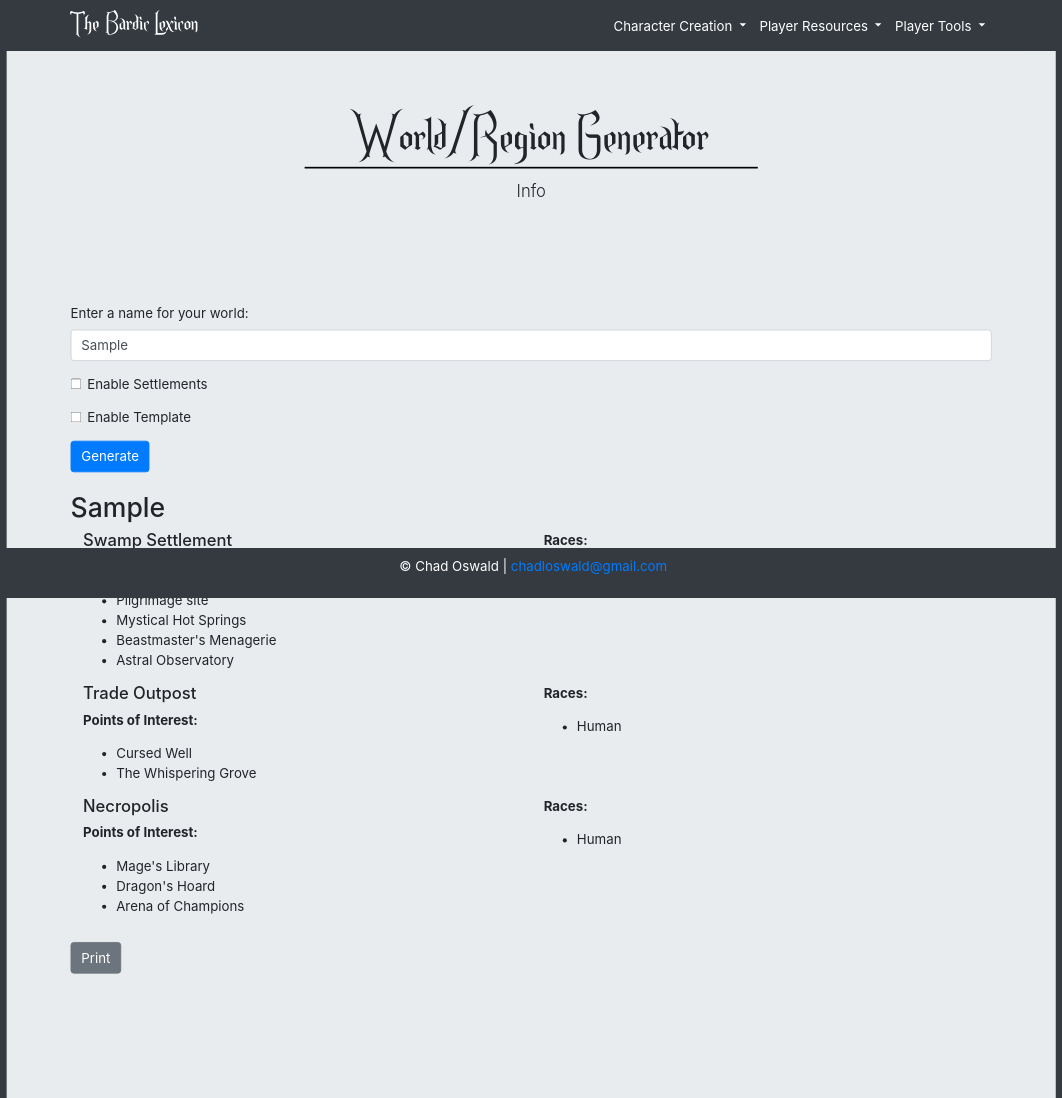
Repository: ChaidGPT/TheBardicLexicon
Page: playerTools/worldGenerator.html
These files come from the project's save history. The page is drawn as it stood at one moment and after the next save; the edit follows.
The browser window is 1280 px wide. The pictures show the whole page, at 83% of full size.
Empty fields were first filled with sample values (such as "Sample", 5 or name@example.com).
After loading, the first visible `#worldForm` was submitted once.

Above is the page before, as saved 2024-02-05 14:26:42.

### playerTools/worldGenerator.html
<!DOCTYPE html>
<html lang="en">

<head>
  <meta charset="utf-8" />
  <meta name="viewport" content="width=device-width, initial-scale=1" />
  <title>World Generator</title>
  <link rel="stylesheet" href="https://cdn.jsdelivr.net/npm/bootstrap@4.3.1/dist/css/bootstrap.min.css"
    integrity="sha384-ggOyR0iXCbMQv3Xipma34MD+dH/1fQ784/j6cY/iJTQUOhcWr7x9JvoRxT2MZw1T" crossorigin="anonymous" />
  <link rel="stylesheet" href="../style.css" />
</head>

<body>
  <header class="header-top">
    <nav class="navbar navbar-expand-lg fixed-top">
      <div class="container">
        <a class="navbar-brand navMonsterName" href="../index.html">The Bardic Lexicon</a>
        <button class="navbar-toggler navbar-dark" type="button" data-toggle="collapse" data-target="#navbarNavDropdown"
          aria-controls="navbarNavDropdown" aria-expanded="false" aria-label="Toggle navigation">
          <span class="navbar-toggler-icon"></span>
        </button>
        <div class="collapse navbar-collapse" id="navbarNavDropdown">
          <ul class="navbar-nav ml-auto nav justify-content-end">
            <li class="nav-item dropdown">
              <a class="nav-link dropdown-toggle" href="#" id="navbarCharacter" role="button" data-toggle="dropdown"
                aria-haspopup="true" aria-expanded="false">
                Character Creation
              </a>
              <div class="dropdown-menu" aria-labelledby="navbarCharacter">
                <a class="dropdown-item" href="../playerResources/races.html">Races</a>
                <a class="dropdown-item" href="../playerResources/classes.html">Classes</a>
                <a class="dropdown-item" href="../playerResources/personality.html">Personality & Inspiration</a>
                <a class="dropdown-item" href="../playerResources/background.html">Character Backgrounds</a>
              </div>
            </li>
            <li class="nav-item dropdown">
              <a class="nav-link dropdown-toggle" href="#" id="navbarResources" role="button" data-toggle="dropdown"
                aria-haspopup="true" aria-expanded="false">
                Player Resources
              </a>
              <div class="dropdown-menu" aria-labelledby="navbarResources">
                <h6 class="dropdown-header">Items</h6>
                <a class="dropdown-item" href="../playerResources/gear.html">Adventuring Gear</a>
                <a class="dropdown-item" href="../playerResources/equipment.html">Equipment</a>
                <div class="dropdown-divider"></div>
                <h6 class="dropdown-header">Magic</h6>
                <a class="dropdown-item" href="../playerResources/spells.html">Spells</a>
                <div class="dropdown-divider"></div>
                <h6 class="dropdown-header">Inhabitants of the Realms</h6>
                <a class="dropdown-item" href="../playerResources/bestiary.html">Bestiary</a>
                <a class="dropdown-item" href="../playerResources/gods.html">Gods & Deities</a>
              </div>
            </li>
            <li class="nav-item dropdown">
              <a class="nav-link dropdown-toggle" href="#" id="navbarDropdown" role="button" data-toggle="dropdown"
                aria-haspopup="true" aria-expanded="false">
                Player Tools
              </a>
              <div class="dropdown-menu" aria-labelledby="navbarDropdown">
                <a class="dropdown-item" href="../playerTools/charSheet.html">Character Sheet</a>
                <a class="dropdown-item" href="../playerTools/dice.html">Dice Roll Generator</a>
                <div class="dropdown-divider"></div>
                <a class="dropdown-item" href="#">More</a>
              </div>
            </li>
          </ul>
        </div>
      </div>
    </nav>
  </header>

  <div class="container" id="monsterPage">
    <div class="container-fluid px-4 py-5 my-5 text-center">
      <h1 class="display-5 fw-bold contentsPageName">
        World/Region Generator
      </h1>
      <div>
        <div class="horizontal-line"></div>
        <p class="lead mb-4">Info</p>
      </div>
    </div>

    <div class="container mt-5 text-left">

      <!-- Start World Generator Form -->

      <form id="worldForm" class="mb-4">

        <!-- Start World Name Field -->
        <div class="form-group">
          <label for="worldName">Enter a name for your world:</label>
          <input type="text" class="form-control" id="worldName" autocomplete="off" required />
        </div>
        <!-- End World Name Field -->


        <!-- Start Settlement Options -->
        <div class="form-group">
          <div class="form-check">
            <input class="form-check-input" type="checkbox" id="enableSettlements" data-toggle="collapse"
              data-target="#settlementOptions" />
            <label class="form-check-label" for="enableSettlements">Enable Settlements</label>
          </div>

          <!-- Add the 'collapse' class to the following div -->
          <div id="settlementOptions" class="collapse">

            <!-- Wrap both settlement options in a common container -->
            <div class="settlement-options-container">

              <!-- Number of Settlements -->
              <div>
                <label for="settlements">Number of Settlements:</label>
                <select class="form-control" id="settlements" disabled>
                  <option value="random">Random</option>
                  <option value="1">1</option>
                  <option value="2">2</option>
                  <option value="3">3</option>
                  <option value="4">4</option>
                  <option value="5">5</option>
                  <!-- Add more options as needed -->
                </select>
              </div>

              <!-- Number of Settlement Points of Interest -->
              <div>
                <label for="settlementPOI">Number of Settlement Points of Interest:</label>
                <select class="form-control" id="settlementPOI" disabled>
                  <option value="random">Random</option>
                  <option value="0">0</option>
                  <option value="1">1</option>
                  <option value="2">2</option>
                  <option value="3">3</option>
                  <option value="4">4</option>
                  <option value="5">5</option>
                  <!-- Add more options as needed -->
                </select>
              </div>

              <div>
                <label for="races">Number of Races</label>
                <select class="form-control" id="races" disabled>
                  <option value="random">Random</option>
                  <option value="0">Uninhabited</option>
                  <option value="1">1</option>
                  <option value="2">2</option>
                  <option value="3">3</option>
                  <option value="4">4</option>
                  <option value="5">5</option>
                </select>
              </div>

            </div>
          </div>

        </div>
        <!-- End Settlement Options -->




        <!-- Start Template Options -->
        <div class="form-group">
          <div class="form-check">
            <input class="form-check-input" type="checkbox" id="enableTemplate" data-toggle="collapse"
              data-target="#templateOptions" />
            <label class="form-check-label" for="enableTemplate">Enable Template</label>
          </div>

          <div id="templateOptions" class="collapse">

            <div class="template-options-container">

              <label for="template">Number of Templates:</label>
              <select class="form-control" id="template" disabled>
                <option value="0">0</option>
                <option value="1">1</option>
                <option value="2">2</option>
                <option value="3">3</option>
                <option value="4">4</option>
                <option value="5">5</option>
                <!-- Add more options as needed -->
              </select>
            </div>

            <!-- Number of Points of Interest -->
            <div class="form-group">
              <label for="templatePOI">Number of Template Points of Interest:</label>
              <select class="form-control" id="templatePOI" disabled>
                <option value="0">0</option>
                <option value="1">1</option>
                <option value="2">2</option>
                <option value="3">3</option>
                <option value="4">4</option>
                <option value="5">5</option>
                <!-- Add more options as needed -->
              </select>
            </div>

          </div>
        </div>
        <!-- End Template Options -->

        <!-- Submit Button -->
        <button type="submit" class="btn btn-primary">Generate</button>
      </form>

      <!-- End World Generator Form -->

      <div id="generatedContent"></div>

      <div class="text-center mt-3">
        <button type="button" class="btn btn-secondary" id="printButton">
          Print
        </button>
      </div>
    </div>
  </div>

  <footer class="page-footer font-small blue fixed-bottom">
    <p>
      &copy; Chad Oswald |
      <a href="mailto:chadloswald@gmail.com">chadloswald@gmail.com</a>
    </p>
  </footer>

  <script src="https://code.jquery.com/jquery-3.3.1.slim.min.js"
    integrity="sha384-q8i/X+965DzO0rT7abK41JStQIAqVgRVzpbzo5smXKp4YfRvH+8abtTE1Pi6jizo"
    crossorigin="anonymous"></script>
  <script src="https://cdn.jsdelivr.net/npm/popper.js@1.14.7/dist/umd/popper.min.js"
    integrity="sha384-UO2eT0CpHqdSJQ6hJty5KVphtPhzWj9WO1clHTMGa3JDZwrnQq4sF86dIHNDz0W1"
    crossorigin="anonymous"></script>
  <script src="https://cdn.jsdelivr.net/npm/bootstrap@4.3.1/dist/js/bootstrap.min.js"
    integrity="sha384-JjSmVgyd0p3pXB1rRibZUAYoIIy6OrQ6VrjIEaFf/nJGzIxFDsf4x0xIM+B07jRM"
    crossorigin="anonymous"></script>
  <script src="worldGenerator.js"></script>
</body>

</html>

### playerTools/worldGenerator.js
document.addEventListener("DOMContentLoaded", function () {
  const worldForm = document.getElementById("worldForm");
  const generatedContent = document.getElementById("generatedContent");

  // Settlement Section Checkbox Functionality
  const enableSettlementsCheckbox = document.getElementById("enableSettlements");
  const settlementsSelect = document.getElementById("settlements");
  const settlementPOISelect = document.getElementById("settlementPOI");

  // Races Section Functionality
  const racesSelect = document.getElementById("races");

  enableSettlementsCheckbox.addEventListener("change", function () {
    settlementsSelect.disabled = !this.checked;
    settlementPOISelect.disabled = !this.checked;
    racesSelect.disabled = !this.checked;
  });

  // World Generator Arrays

  //   Start Settlement Arrays

  const settlements = [
    {
      name: "Small Town",
      link: "https://example.com/small_town",
    },
    {
      name: "River Town",
      link: "https://example.com/river_town",
    },
    {
      name: "Harbor Town",
      link: "https://example.com/harbor_town",
    },
    {
      name: "Trade Outpost",
      link: "https://example.com/trade_outpost",
    },
    {
      name: "Mining Town",
      link: "https://example.com/mining_town",
    },
    {
      name: "Fishing Village",
      link: "https://example.com/fishing_village",
    },
    {
      name: "Forest Encampment",
      link: "https://example.com/forest_encampment",
    },
    {
      name: "Mage's Enclave",
      link: "https://example.com/mages_enclave",
    },
    {
      name: "Monastery",
      link: "https://example.com/monastery",
    },
    {
      name: "Nomadic Camp",
      link: "https://example.com/nomadic_camp",
    },
    {
      name: "Dwarven Stronghold",
      link: "https://example.com/dwarven_stronghold",
    },
    {
      name: "Elven Treetop Village",
      link: "https://example.com/elven_treetop_village",
    },
    {
      name: "Goblin Market",
      link: "https://example.com/goblin_market",
    },
    {
      name: "Swamp Settlement",
      link: "https://example.com/swamp_settlement",
    },
    {
      name: "Orcish Encampment",
      link: "https://example.com/orcish_encampment",
    },
    {
      name: "Magical Academy",
      link: "https://example.com/magical_academy",
    },
    {
      name: "Haunted Hamlet",
      link: "https://example.com/haunted_hamlet",
    },
    {
      name: "Underground City",
      link: "https://example.com/underground_city",
    },
    {
      name: "Coastal Citadel",
      link: "https://example.com/coastal_citadel",
    },
    {
      name: "Beastman Tribe Camp",
      link: "https://example.com/beastman_tribe_camp",
    },
    {
      name: "Celestial Outpost",
      link: "https://example.com/celestial_outpost",
    },
    {
      name: "Arcane Refuge",
      link: "https://example.com/arcane_refuge",
    },
    {
      name: "Desert Oasis",
      link: "https://example.com/desert_oasis",
    },
    {
      name: "Royal Capital",
      link: "https://example.com/royal_capital",
    },
    {
      name: "Mageocracy",
      link: "https://example.com/mageocracy",
    },
    {
      name: "Merchant Metropolis",
      link: "https://example.com/merchant_metropolis",
    },
    {
      name: "Demonic Citadel",
      link: "https://example.com/demonic_citadel",
    },
    {
      name: "Dragon's Roost",
      link: "https://example.com/dragons_roost",
    },
    {
      name: "Floating City",
      link: "https://example.com/floating_city",
    },
    {
      name: "Necropolis",
      link: "https://example.com/necropolis",
    },
    {
      name: "Archipelago Metropolis",
      link: "https://example.com/archipelago_metropolis",
    },
    {
      name: "Giantkin Citadel",
      link: "https://example.com/giantkin_citadel",
    },
    {
      name: "Subterranean Metropolis",
      link: "https://example.com/subterranean_metropolis",
    },
    {
      name: "Celestial City",
      link: "https://example.com/celestial_city",
    },
    {
      name: "City of the Dead",
      link: "https://example.com/city_of_the_dead",
    },
    {
      name: "Empyreal Bastion",
      link: "https://example.com/empyreal_bastion",
    },
    {
      name: "Floating Gardens",
      link: "https://example.com/floating_gardens",
    },
    {
      name: "Elemental Conflux",
      link: "https://example.com/elemental_conflux",
    },
  ];

  const settlementPOI = [
    {
      name: "Pilgrimage site",
      link: "https://example.com/pilgrimage_site",
    },
    {
      name: "Temple to the Gods",
      link: "https://example.com/temple_to_the_gods",
    },
    {
      name: "Large sewer system",
      link: "https://example.com/large_sewer_system",
    },
    {
      name: "Mysterious Standing Stones",
      link: "https://example.com/mysterious_standing_stones",
    },
    {
      name: "Enchanted Garden",
      link: "https://example.com/enchanted_garden",
    },
    {
      name: "Arena of Champions",
      link: "https://example.com/arena_of_champions",
    },
    {
      name: "Mage's Library",
      link: "https://example.com/mages_library",
    },
    {
      name: "Haunted Manor",
      link: "https://example.com/haunted_manor",
    },
    {
      name: "Thieves' Guild Hideout",
      link: "https://example.com/thieves_guild_hideout",
    },
    {
      name: "Ancient Ruins",
      link: "https://example.com/ancient_ruins",
    },
    {
      name: "Goblin Market",
      link: "https://example.com/goblin_market",
    },
    {
      name: "Cursed Well",
      link: "https://example.com/cursed_well",
    },
    {
      name: "Wizard's Tower",
      link: "https://example.com/wizards_tower",
    },
    {
      name: "Beastmaster's Menagerie",
      link: "https://example.com/beastmasters_menagerie",
    },
    {
      name: "Enigmatic Obelisk",
      link: "https://example.com/enigmatic_obelisk",
    },
    {
      name: "Astral Observatory",
      link: "https://example.com/astral_observatory",
    },
    {
      name: "Underground Arena",
      link: "https://example.com/underground_arena",
    },
    {
      name: "Lighthouse of the Lost Souls",
      link: "https://example.com/lighthouse_of_the_lost_souls",
    },
    {
      name: "Mystical Hot Springs",
      link: "https://example.com/mystical_hot_springs",
    },
    {
      name: "World Renowned Bakery",
      link: "https://example.com/world_renowned_bakery",
    },
    {
      name: "Sorcerer's Market",
      link: "https://example.com/sorcerers_market",
    },
    {
      name: "The Whispering Grove",
      link: "https://example.com/whispering_grove",
    },
    {
      name: "Dragon's Hoard",
      link: "https://example.com/dragons_hoard",
    },
    {
      name: "Clockwork Workshop",
      link: "https://example.com/clockwork_workshop",
    },
    {
      name: "Feywild Portal",
      link: "https://example.com/feywild_portal",
    },
  ];

  const races = [
    {
      name: "Human",
      link: "https://example.com/human",
    },
    {
      name: "Elf",
      link: "https://example.com/elf",
    },
    {
      name: "Dwarf",
      link: "https://example.com/dwarf",
    },
  ];

  //   End Settlement Arrays

  // Start Template Arrays

  const template = [
    {
      name: "T1111",
      link: "https://example.com/",
    },
    {
      name: "T2222",
      link: "https://example.com/",
    },
    {
      name: "T3333",
      link: "https://example.com/",
    },
    {
      name: "T4444",
      link: "https://example.com/",
    },
    {
      name: "T5555",
      link: "https://example.com/",
    },
    {
      name: "T6666",
      link: "https://example.com/",
    },
    {
      name: "T7777",
      link: "https://example.com/",
    },
    {
      name: "T8888",
      link: "https://example.com/",
    },
  ];

  const templatePOI = [
    {
      name: "t1111",
      link: "https://example.com/",
    },
    {
      name: "t2222",
      link: "https://example.com/",
    },
    {
      name: "t3333",
      link: "https://example.com/",
    },
    {
      name: "t4444",
      link: "https://example.com/",
    },
    {
      name: "t5555",
      link: "https://example.com/",
    },
    {
      name: "t6666",
      link: "https://example.com/",
    },
    {
      name: "t7777",
      link: "https://example.com/",
    },
    {
      name: "t8888",
      link: "https://example.com/",
    },
  ];

  // End Template Arrays

  function getRandomElements(array, count) {
    const shuffledArray = array.slice().sort(() => 0.5 - Math.random());
    return shuffledArray.slice(0, count);
  }

  worldForm.addEventListener("submit", function (event) {
    event.preventDefault();

    const worldName = document.getElementById("worldName").value;
    const settlementsCountInput = document.getElementById("settlements");
    let settlementsCount;

    if (settlementsCountInput.value === "random") {
      settlementsCount = Math.floor(Math.random() * 5) + 1;
    } else {
      settlementsCount = parseInt(settlementsCountInput.value);
    }

    const settlementPOICountInput = document.getElementById("settlementPOI");
    let settlementPOICount;

    if (settlementPOICountInput.value === "random") {
      settlementPOICount = "random";
    } else {
      settlementPOICount = parseInt(settlementPOICountInput.value);
    }

    const racesCountInput = document.getElementById("races");
    let racesCount;

    if (racesCountInput.value === "random") {
      racesCount = "random";
    } else {
      racesCount = parseInt(racesCountInput.value);
    }

    const selectedRaces = getRandomElements(races, racesCount);
    const selectedSettlements = getRandomElements(settlements, settlementsCount);

    let content = `<h2>${worldName}</h2>`;

    if (settlementsCount > 0) {
      content += `<div class="container">`;

      for (let i = 0; i < settlementsCount; i++) {
        const selectedSettlement = getRandomElements(settlements, 1)[0];

        let settlementPOICountForSettlement;
        if (settlementPOICount === "random") {
          settlementPOICountForSettlement = Math.floor(Math.random() * 5) + 1;
        } else {
          settlementPOICountForSettlement = settlementPOICount;
        }

        const selectedSettlementPOI = getRandomElements(
          settlementPOI,
          settlementPOICountForSettlement
        );

        const selectedRacesForSettlement =
          racesCount !== "random" ? getRandomElements(races, racesCount) : getRandomElements(races, 1);

        content += `
          <div class="row">
            <div class="col-md-6">
              <h5>${selectedSettlement.name}</h5>
              <p><strong>Points of Interest:</strong></p><ul>`;

        content += selectedSettlementPOI
          .map((item) => `<li>${item.name}</li>`)
          .join("");

        content += `</ul>
            </div>
            <div class="col-md-6">
              <p><strong>Races:</strong></p><ul>`;

        content += selectedRacesForSettlement
          .map((race) => `<li>${race.name}</li>`)
          .join("");

        content += `</ul>
            </div>
          </div>`;
      }

      content += `</div>`;
      generatedContent.innerHTML = content;

      const printButton = document.getElementById("printButton");
      printButton.style.display = "block";
    }
  });
});

Loaded but not shown: style.css (372 lines, source omitted)

After the next save:
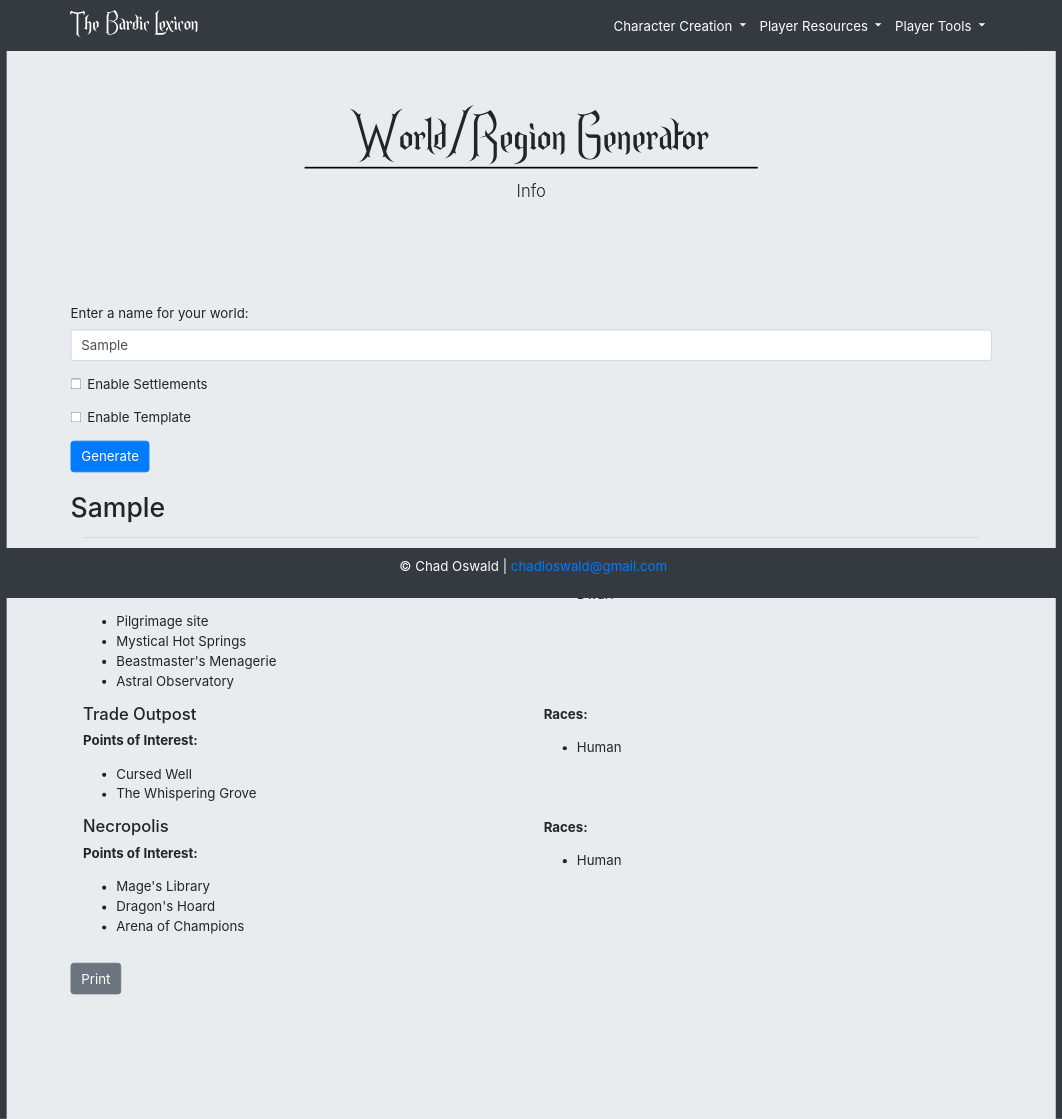
Saved 42 s later.
--- a/playerTools/worldGenerator.js
+++ b/playerTools/worldGenerator.js
@@ -411,7 +411,7 @@ document.addEventListener("DOMContentLoaded", function () {
     let content = `<h2>${worldName}</h2>`;
 
     if (settlementsCount > 0) {
-      content += `<div class="container">`;
+      content += `<div class="container"><hr>`;
 
       for (let i = 0; i < settlementsCount; i++) {
         const selectedSettlement = getRandomElements(settlements, 1)[0];
